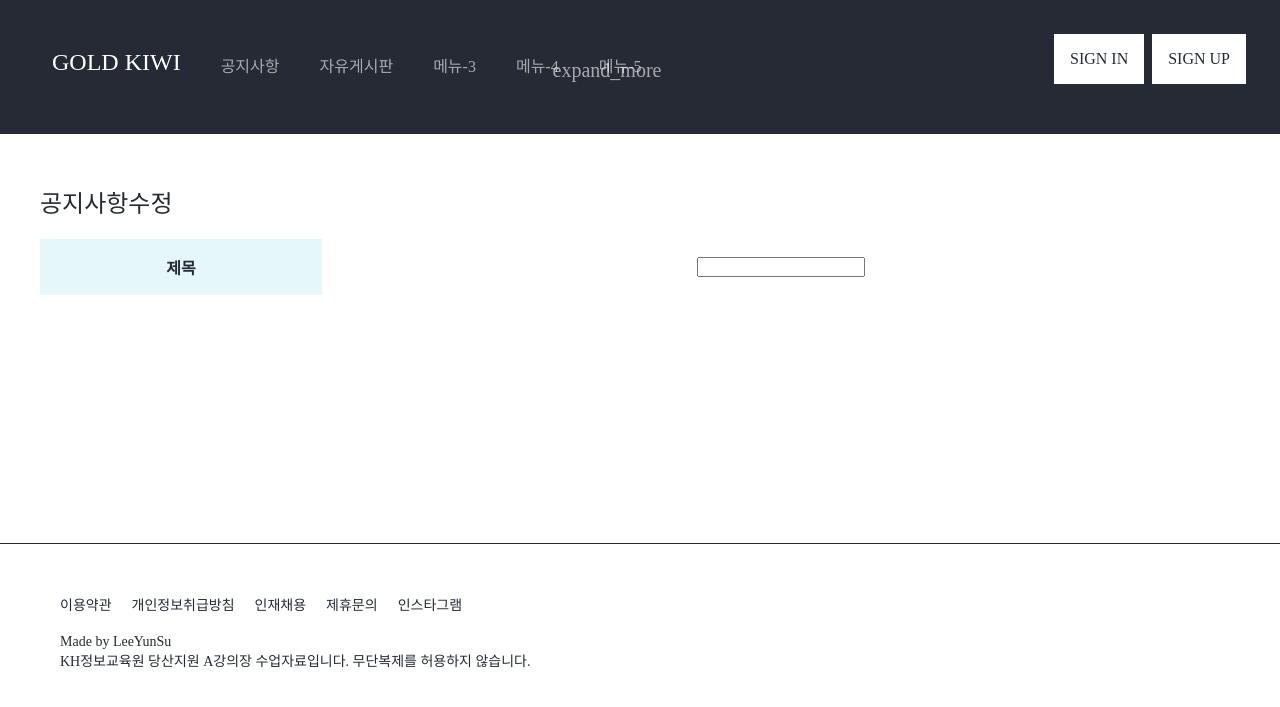
Repository: RiboKim/web-workspace
Page: http://localhost/07_mvc2WebProject/WEB-INF/views/notice/noticeUpdateFrm.jsp
An editor plug-in stored every save of this project. The page is shown before and after the next save, followed by the edit.
The browser window is 1280 px wide. The pictures show the whole page.
Some web fonts or font styles are not loaded; a fallback is used. The page is served by Tomcat 9. Nobody is signed in. The template is opened directly, without the code that normally fills it, so the values that code supplies are empty.

Above is the page before, as saved 2023-02-17 07:17:24.

After the next save:
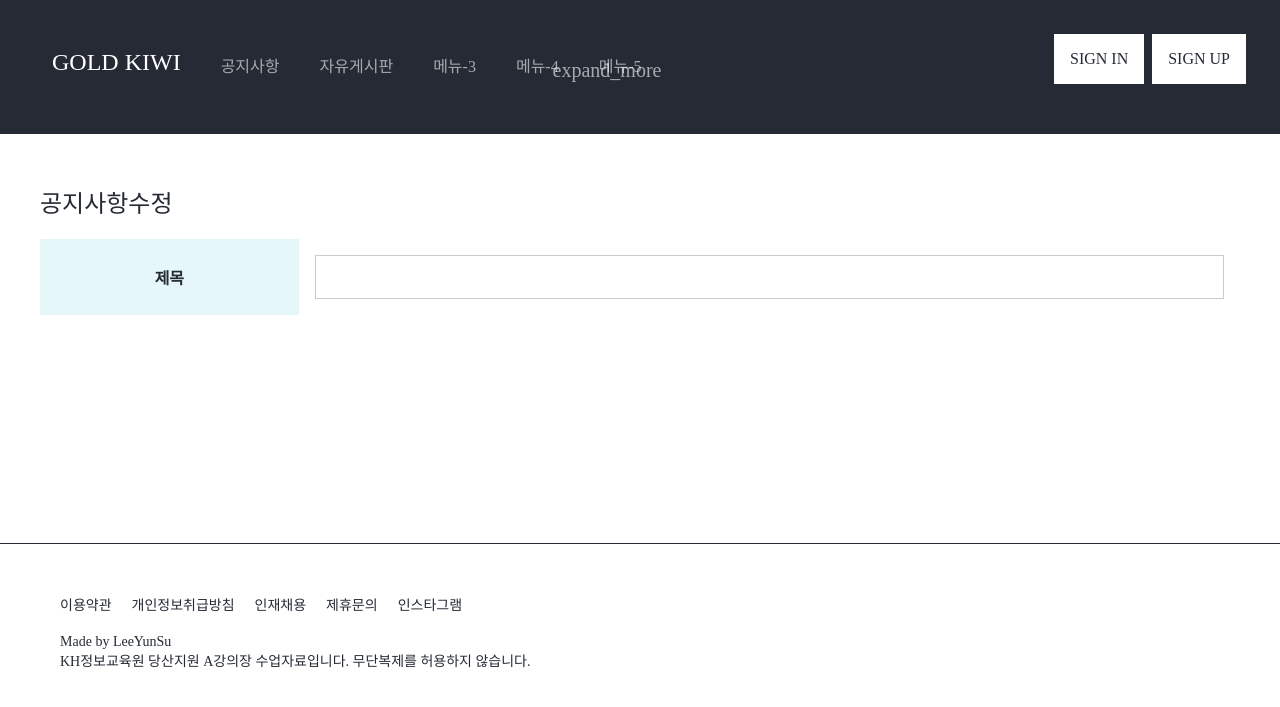
Saved 15 s later.
--- a/07_mvc2WebProject/src/main/webapp/WEB-INF/views/notice/noticeUpdateFrm.jsp
+++ b/07_mvc2WebProject/src/main/webapp/WEB-INF/views/notice/noticeUpdateFrm.jsp
@@ -19,7 +19,7 @@
 				<tr class="tr-1">
 					<th class="td-3">제목</th>
 					<td>
-						<input type="text" name="noticeTitle"
+						<input type="text" name="noticeTitle" class="input-form">
 					</td>
 				</tr>
 			</table>
